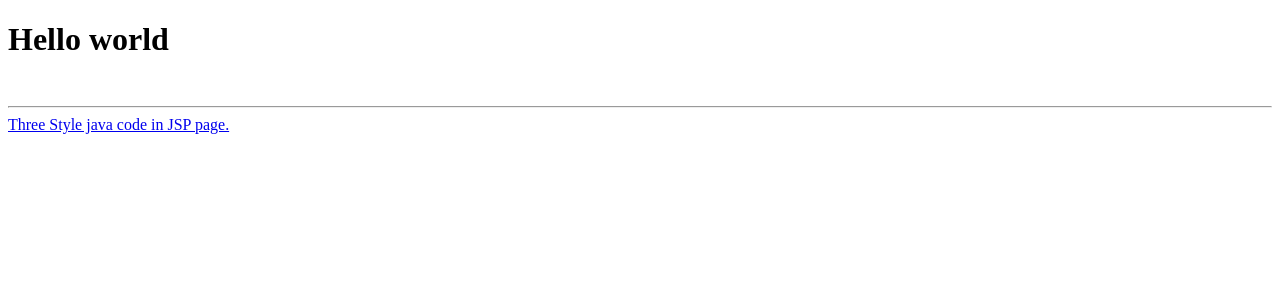
Repository: imrangthub/BlogUsingCoreJava
Page: http://localhost/StartingJsp_00/
The author's editor kept a copy of each file at every save. The page is drawn from the files as they stood at one save, then again after the next save.
The browser window is 1280 px wide. The pictures show the whole page.
The page is served by Tomcat 9.

Above is the page before, as saved 2016-12-24 03:04:40.

After the next save:
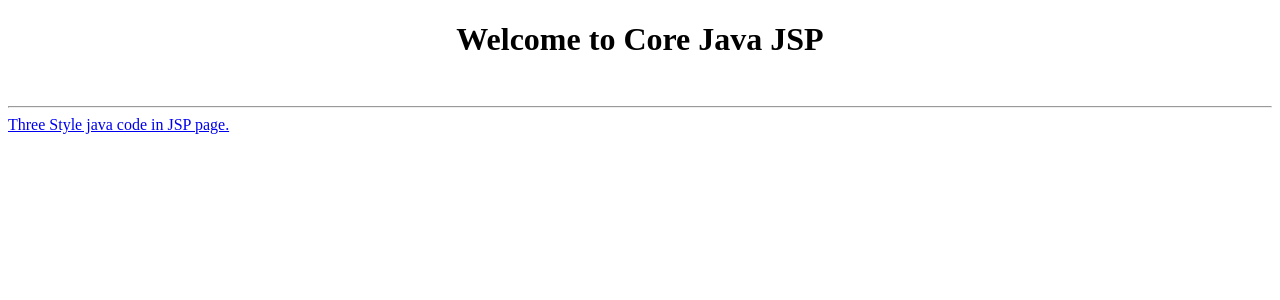
Saved 52 s later.
--- a/StartingJsp_00/WebContent/index.jsp
+++ b/StartingJsp_00/WebContent/index.jsp
@@ -8,7 +8,7 @@
 </head>
 <body>
 
-<h1>Hello world</h1><br/>
+<h1 align="center">Welcome to Core Java JSP</h1><br/>
 <hr>
 <a href="threeStyleOfScriptInJSP.jsp"> Three Style java code in JSP page.</a>
 
